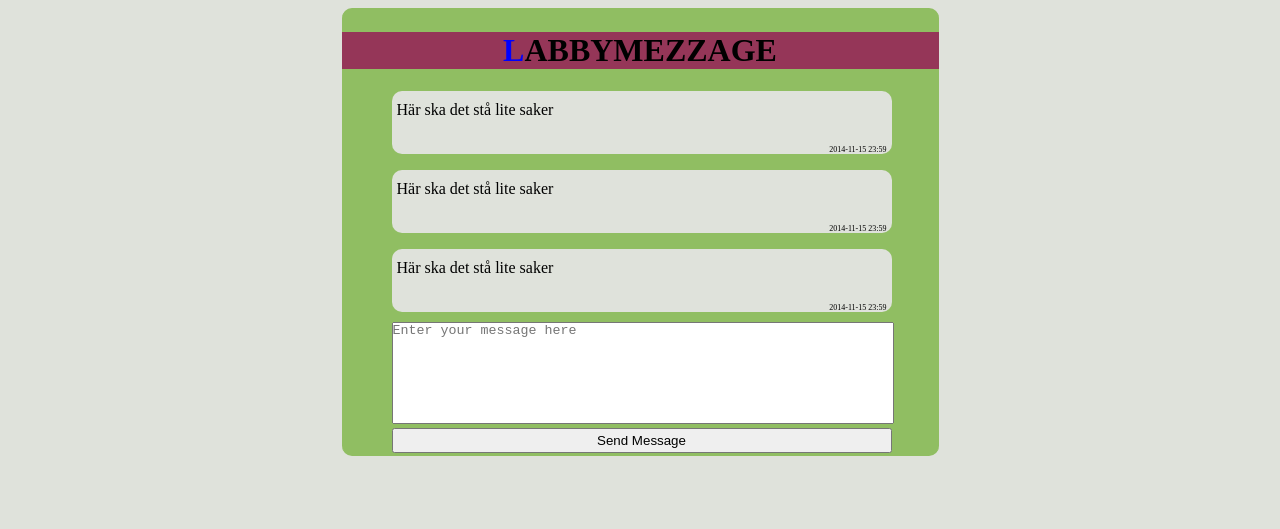
Repository: vr222bt/1dv403-laborationer
Page: 2-labbymezzage/index.html
The author's editor kept a record of every edit. The page is drawn from the files as they stood at one moment, then again after the next edit.
The browser window is 1280 px wide. The pictures show the whole page.

Above is the page before.

After the next edit:
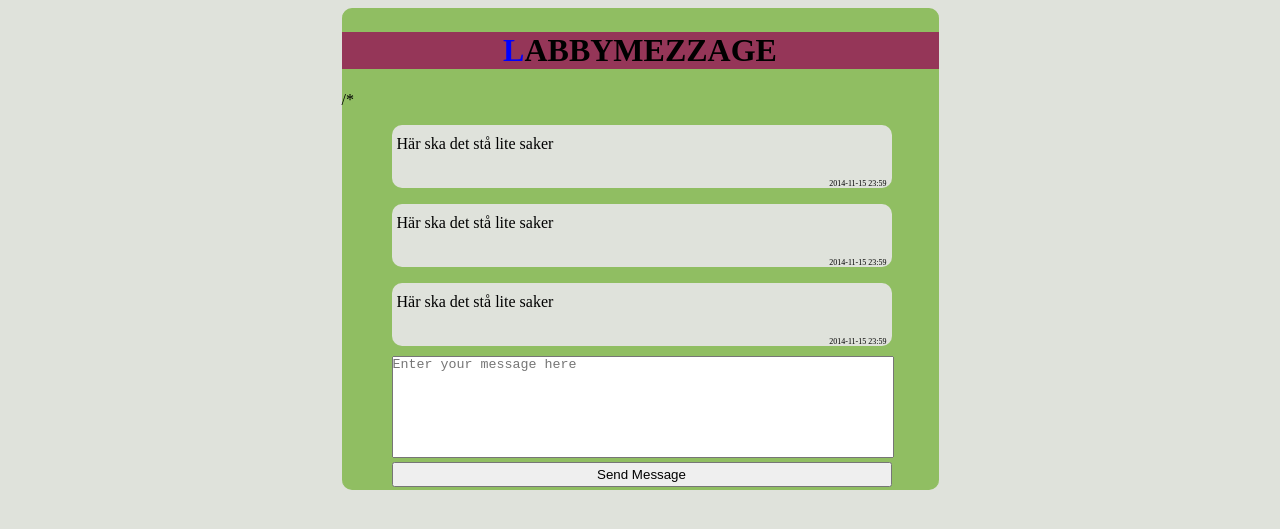
The edit:
--- a/2-labbymezzage/index.html
+++ b/2-labbymezzage/index.html
@@ -12,7 +12,7 @@
             </header>
             <main>
                 <div id="messages">
-                    <div class="message">
+                    /*<div class="message">
                         <p>Här ska det stå lite saker</p>
                         <footer>
                             <p>2014-11-15 23:59</p>
